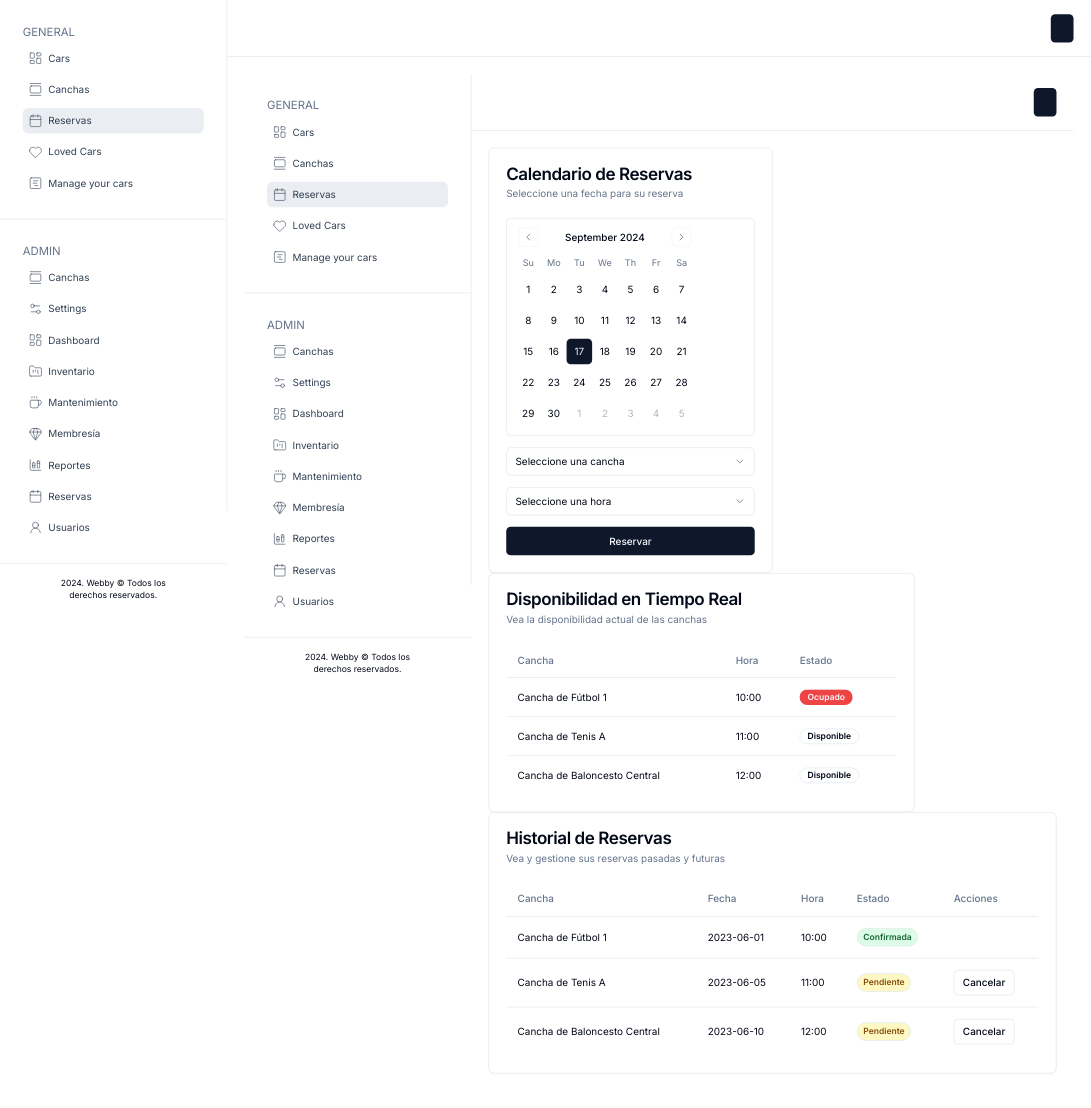
Repository: Jackson-sch/cdeporte
Page: /reservas
These files come from the project's save history. The page is drawn as it stood at one moment and after the next save; the edit follows.
The browser window is 1280 px wide. The page is 1536 px wide, so the pictures cover 1536 px, including what lies to the right of the window. The pictures show the whole page, at 71% of full size.
The project was rebuilt for these pictures with package versions that can differ from the ones it lists, and the page was loaded fresh each time. The framework's server and built-in components were replaced by stand-ins that run in the browser. Also part of the build but not shown: next.config.mjs, src/components/ui/label.jsx, src/components/ui/input.jsx, src/components/Reservas/HistorialReserva.jsx.

Above is the page before, as saved 2024-09-17 20:00:11.

### src/app/layout.jsx
import { Inter } from "next/font/google";
import "./globals.css";
import { Toaster } from "@/components/ui/toaster";

const inter = Inter({ subsets: ["latin"] });

export const metadata = {
  title: "Create Next App",
  description: "Generated by create next app",
};

export default function RootLayout({ children }) {
  return (
    <html lang="en">
      <body className={inter.className}>
        {children}
        <Toaster />
        </body>
    </html>
  );
}

### src/app/(routes)/layout.jsx
import { NavbarDashboard } from "@/components/NavbarDashboard/NavbarDashboard";
import { Sidebar } from "@/components/Sidebar/Sidebar";




export default function LayoutDashboard({ children }) {
  return (
    <div className="flex w-full h-full">
      <div className="hidden h-full xl:block w-80 xl:fixed">
        <Sidebar />
      </div>
      <div className="w-full h-full xl:ml-80">
        <NavbarDashboard />
        <div className="p-6 h-max container">{children}</div>
      </div>
    </div>
  );
}

### src/app/(routes)/(cliente)/layout.jsx
import { NavbarDashboard } from "@/components/NavbarDashboard/NavbarDashboard";
import { Sidebar } from "@/components/Sidebar/Sidebar";




export default function LayoutDashboard({ children }) {
  return (
    <div className="flex w-full h-full">
      <div className="hidden h-full xl:block w-80 xl:fixed">
        <Sidebar />
      </div>
      <div className="w-full h-full xl:ml-80">
        <NavbarDashboard />
        <div className="p-6 h-max">{children}</div>
      </div>
    </div>
  );
}

### src/components/ui/toaster.jsx
"use client"

import {
  Toast,
  ToastClose,
  ToastDescription,
  ToastProvider,
  ToastTitle,
  ToastViewport,
} from "@/components/ui/toast"
import { useToast } from "@/components/ui/use-toast"

export function Toaster() {
  const { toasts } = useToast()

  return (
    (<ToastProvider>
      {toasts.map(function ({ id, title, description, action, ...props }) {
        return (
          (<Toast key={id} {...props}>
            <div className="grid gap-1">
              {title && <ToastTitle>{title}</ToastTitle>}
              {description && (
                <ToastDescription>{description}</ToastDescription>
              )}
            </div>
            {action}
            <ToastClose />
          </Toast>)
        );
      })}
      <ToastViewport />
    </ToastProvider>)
  );
}

### src/components/NavbarDashboard/NavbarDashboard.jsx
import { Sheet, SheetContent, SheetTrigger } from "@/components/ui/sheet";
import {Button } from "@/components/ui/button";
import { Menu } from "lucide-react";
import { SidebarRoutes } from "../SidebarRoutes/SidebarRoutes";



export function NavbarDashboard() {
  return (
    <nav className="flex items-center justify-between w-full h-20 px-2 border-b gap-x-4 md:px-6 bg-background">
      <div className="block xl:hidden">
        <Sheet>
          <SheetTrigger className="flex items-center">
            <Menu />
          </SheetTrigger>
          <SheetContent side="left">
            <SidebarRoutes />
          </SheetContent>
        </Sheet>
      </div>
      <div className="flex items-center justify-end w-full gap-x-2">
        <Button />
      </div>
    </nav>
  );
}

### src/components/Sidebar/Sidebar.jsx
import { SidebarRoutes } from "../SidebarRoutes/SidebarRoutes";


export function Sidebar() {
  return (
    <div className="h-screen">
      <div className="flex flex-col h-full border-r">
        <SidebarRoutes />
      </div>
    </div>
  );
}

### src/components/ui/card.jsx
import * as React from "react"

import { cn } from "@/lib/utils"

const Card = React.forwardRef(({ className, ...props }, ref) => (
  <div
    ref={ref}
    className={cn("rounded-lg border bg-card text-card-foreground shadow-sm", className)}
    {...props} />
))
Card.displayName = "Card"

const CardHeader = React.forwardRef(({ className, ...props }, ref) => (
  <div
    ref={ref}
    className={cn("flex flex-col space-y-1.5 p-6", className)}
    {...props} />
))
CardHeader.displayName = "CardHeader"

const CardTitle = React.forwardRef(({ className, ...props }, ref) => (
  <h3
    ref={ref}
    className={cn("text-2xl font-semibold leading-none tracking-tight", className)}
    {...props} />
))
CardTitle.displayName = "CardTitle"

const CardDescription = React.forwardRef(({ className, ...props }, ref) => (
  <p
    ref={ref}
    className={cn("text-sm text-muted-foreground", className)}
    {...props} />
))
CardDescription.displayName = "CardDescription"

const CardContent = React.forwardRef(({ className, ...props }, ref) => (
  <div ref={ref} className={cn("p-6 pt-0", className)} {...props} />
))
CardContent.displayName = "CardContent"

const CardFooter = React.forwardRef(({ className, ...props }, ref) => (
  <div
    ref={ref}
    className={cn("flex items-center p-6 pt-0", className)}
    {...props} />
))
CardFooter.displayName = "CardFooter"

export { Card, CardHeader, CardFooter, CardTitle, CardDescription, CardContent }

### src/components/ui/button.jsx
import * as React from "react"
import { Slot } from "@radix-ui/react-slot"
import { cva } from "class-variance-authority";

import { cn } from "@/lib/utils"

const buttonVariants = cva(
  "inline-flex items-center justify-center whitespace-nowrap rounded-md text-sm font-medium ring-offset-background transition-colors focus-visible:outline-none focus-visible:ring-2 focus-visible:ring-ring focus-visible:ring-offset-2 disabled:pointer-events-none disabled:opacity-50",
  {
    variants: {
      variant: {
        default: "bg-primary text-primary-foreground hover:bg-primary/90",
        destructive:
          "bg-destructive text-destructive-foreground hover:bg-destructive/90",
        outline:
          "border border-input bg-background hover:bg-accent hover:text-accent-foreground",
        secondary:
          "bg-secondary text-secondary-foreground hover:bg-secondary/80",
        ghost: "hover:bg-accent hover:text-accent-foreground",
        link: "text-primary underline-offset-4 hover:underline",
      },
      size: {
        default: "h-10 px-4 py-2",
        sm: "h-9 rounded-md px-3",
        lg: "h-11 rounded-md px-8",
        icon: "h-10 w-10",
      },
    },
    defaultVariants: {
      variant: "default",
      size: "default",
    },
  }
)

const Button = React.forwardRef(({ className, variant, size, asChild = false, ...props }, ref) => {
  const Comp = asChild ? Slot : "button"
  return (
    (<Comp
      className={cn(buttonVariants({ variant, size, className }))}
      ref={ref}
      {...props} />)
  );
})
Button.displayName = "Button"

export { Button, buttonVariants }

### src/components/Reservas/RealTimeAvailability.jsx
'use client'
import React, { useState, useEffect } from 'react'
import { Card, CardHeader, CardTitle, CardDescription, CardContent } from "@/components/ui/card"
import { Table, TableBody, TableCell, TableHead, TableHeader, TableRow } from "@/components/ui/table"
import { Badge } from "@/components/ui/badge"

export default function RealTimeAvailability() {
  const [availability, setAvailability] = useState([])

  useEffect(() => {
    // Simulación de actualización en tiempo real
    const interval = setInterval(() => {
      const newAvailability = [
        { id: 1, court: "Cancha de Fútbol 1", time: "10:00", status: Math.random() > 0.5 ? "Disponible" : "Ocupado" },
        { id: 2, court: "Cancha de Tenis A", time: "11:00", status: Math.random() > 0.5 ? "Disponible" : "Ocupado" },
        { id: 3, court: "Cancha de Baloncesto Central", time: "12:00", status: Math.random() > 0.5 ? "Disponible" : "Ocupado" },
      ]
      setAvailability(newAvailability)
    }, 5000) // Actualiza cada 5 segundos

    return () => clearInterval(interval)
  }, [])

  return (
    <Card className="w-[600px]">
      <CardHeader>
        <CardTitle>Disponibilidad en Tiempo Real</CardTitle>
        <CardDescription>Vea la disponibilidad actual de las canchas</CardDescription>
      </CardHeader>
      <CardContent>
        <Table>
          <TableHeader>
            <TableRow>
              <TableHead>Cancha</TableHead>
              <TableHead>Hora</TableHead>
              <TableHead>Estado</TableHead>
            </TableRow>
          </TableHeader>
          <TableBody>
            {availability.map((item) => (
              <TableRow key={item.id}>
                <TableCell>{item.court}</TableCell>
                <TableCell>{item.time}</TableCell>
                <TableCell>
                  <Badge variant={item.status === "Disponible" ? "success" : "destructive"}>
                    {item.status}
                  </Badge>
                </TableCell>
              </TableRow>
            ))}
          </TableBody>
        </Table>
      </CardContent>
    </Card>
  )
}

### src/components/Reservas/ReservationHistory.jsx
"0use client";
import React, { useState } from "react";
import {
  Card,
  CardHeader,
  CardTitle,
  CardDescription,
  CardContent,
} from "@/components/ui/card";
import {
  Table,
  TableBody,
  TableCell,
  TableHead,
  TableHeader,
  TableRow,
} from "@/components/ui/table";
import { Button } from "@/components/ui/button";
import {
  Dialog,
  DialogTrigger,
  DialogContent,
  DialogHeader,
  DialogTitle,
  DialogDescription,
  DialogFooter,
} from "@/components/ui/dialog";
import { Badge } from "../ui/badge";

export default function ReservationHistory() {
  const [reservations, setReservations] = useState([
    {
      id: 1,
      court: "Cancha de Fútbol 1",
      date: "2023-06-01",
      time: "10:00",
      status: "Confirmada",
    },
    {
      id: 2,
      court: "Cancha de Tenis A",
      date: "2023-06-05",
      time: "11:00",
      status: "Pendiente",
    },
    {
      id: 3,
      court: "Cancha de Baloncesto Central",
      date: "2023-06-10",
      time: "12:00",
      status: "Pendiente",
    },
  ]);

  const [selectedReservation, setSelectedReservation] = useState(null);
  const [isDialogOpen, setIsDialogOpen] = useState(false);

  const handleCancel = (id) => {
    setReservations(
      reservations.map((res) =>
        res.id === id ? { ...res, status: "Cancelada" } : res
      )
    );
    setIsDialogOpen(false);
  };

  return (
    <Card className="w-[800px]">
      <CardHeader>
        <CardTitle>Historial de Reservas</CardTitle>
        <CardDescription>
          Vea y gestione sus reservas pasadas y futuras
        </CardDescription>
      </CardHeader>
      <CardContent>
        <Table>
          <TableHeader>
            <TableRow>
              <TableHead>Cancha</TableHead>
              <TableHead>Fecha</TableHead>
              <TableHead>Hora</TableHead>
              <TableHead>Estado</TableHead>
              <TableHead>Acciones</TableHead>
            </TableRow>
          </TableHeader>
          <TableBody>
            {reservations.map((reservation) => (
              <TableRow key={reservation.id}>
                <TableCell>{reservation.court}</TableCell>
                <TableCell>{reservation.date}</TableCell>
                <TableCell>{reservation.time}</TableCell>
                <TableCell>
                  <Badge variant="outline"
                    className={`px-2 inline-flex text-xs leading-5 font-semibold rounded-full
                    ${
                      reservation.status === "Confirmada"
                        ? "bg-green-100 text-green-800"
                        : reservation.status === "Cancelada"
                        ? "bg-red-100 text-red-800"
                        : "bg-yellow-100 text-yellow-800"
                    }`}
                  >
                    {reservation.status}
                  </Badge>

                </TableCell>
                <TableCell>
                  {reservation.status === "Pendiente" && (
                    <Dialog open={isDialogOpen} onOpenChange={setIsDialogOpen}>
                      <DialogTrigger asChild>
                        <Button
                          variant="outline"
                          size="sm"
                          onClick={() => setSelectedReservation(reservation)}
                        >
                          Cancelar
                        </Button>
                      </DialogTrigger>
                      <DialogContent>
                        <DialogHeader>
                          <DialogTitle>Confirmar Cancelación</DialogTitle>
                          <DialogDescription>
                            ¿Está seguro que desea cancelar esta reserva?
                          </DialogDescription>
                        </DialogHeader>
                        <DialogFooter>
                          <Button
                            variant="outline"
                            onClick={() => setIsDialogOpen(false)}
                          >
                            No, mantener reserva
                          </Button>
                          <Button
                            variant="destructive"
                            onClick={() => handleCancel(selectedReservation.id)}
                          >
                            Sí, cancelar reserva
                          </Button>
                        </DialogFooter>
                      </DialogContent>
                    </Dialog>
                  )}
                </TableCell>
              </TableRow>
            ))}
          </TableBody>
        </Table>
      </CardContent>
    </Card>
  );
}

### src/components/SidebarRoutes/SidebarRoutes.jsx
"use client";

import { Separator } from "@/components/ui/separator";
import { dataAdminSidebar, dataGeneralSidebar } from "./SidebarRoute.data";
import { SidebarItem } from "./SidebarItem/SidebarItem";



export function SidebarRoutes() {

  return (
    <div className="flex flex-col justify-between h-full">
      <div>
        <div className="p-4 md:p-8">
          <p className="mb-2 text-slate-500">GENERAL</p>
          {dataGeneralSidebar.map((item) => (
            <SidebarItem key={item.label} item={item} />
          ))}
        </div>

        <Separator />

          <div className="p-4 md:p-8">
            <p className="mb-2 text-slate-500">ADMIN</p>
            {dataAdminSidebar.map((item) => (
              <SidebarItem key={item.label} item={item} />
            ))}
          </div>
      </div>

      <div>
        <Separator />

        <footer className="px-6 py-2 mt-3 text-center text-xs text-pretty">
          2024. Webby © Todos los derechos reservados.
        </footer>
      </div>
    </div>
  );
}

### src/components/ui/table.jsx
import * as React from "react"

import { cn } from "@/lib/utils"

const Table = React.forwardRef(({ className, ...props }, ref) => (
  <div className="relative w-full overflow-auto">
    <table
      ref={ref}
      className={cn("w-full caption-bottom text-sm", className)}
      {...props} />
  </div>
))
Table.displayName = "Table"

const TableHeader = React.forwardRef(({ className, ...props }, ref) => (
  <thead ref={ref} className={cn("[&_tr]:border-b", className)} {...props} />
))
TableHeader.displayName = "TableHeader"

const TableBody = React.forwardRef(({ className, ...props }, ref) => (
  <tbody
    ref={ref}
    className={cn("[&_tr:last-child]:border-0", className)}
    {...props} />
))
TableBody.displayName = "TableBody"

const TableFooter = React.forwardRef(({ className, ...props }, ref) => (
  <tfoot
    ref={ref}
    className={cn("border-t bg-muted/50 font-medium [&>tr]:last:border-b-0", className)}
    {...props} />
))
TableFooter.displayName = "TableFooter"

const TableRow = React.forwardRef(({ className, ...props }, ref) => (
  <tr
    ref={ref}
    className={cn(
      "border-b transition-colors hover:bg-muted/50 data-[state=selected]:bg-muted",
      className
    )}
    {...props} />
))
TableRow.displayName = "TableRow"

const TableHead = React.forwardRef(({ className, ...props }, ref) => (
  <th
    ref={ref}
    className={cn(
      "h-12 px-4 text-left align-middle font-medium text-muted-foreground [&:has([role=checkbox])]:pr-0",
      className
    )}
    {...props} />
))
TableHead.displayName = "TableHead"

const TableCell = React.forwardRef(({ className, ...props }, ref) => (
  <td
    ref={ref}
    className={cn("p-4 align-middle [&:has([role=checkbox])]:pr-0", className)}
    {...props} />
))
TableCell.displayName = "TableCell"

const TableCaption = React.forwardRef(({ className, ...props }, ref) => (
  <caption
    ref={ref}
    className={cn("mt-4 text-sm text-muted-foreground", className)}
    {...props} />
))
TableCaption.displayName = "TableCaption"

export {
  Table,
  TableHeader,
  TableBody,
  TableFooter,
  TableHead,
  TableRow,
  TableCell,
  TableCaption,
}

### src/components/ui/badge.jsx
import * as React from "react"
import { cva } from "class-variance-authority";

import { cn } from "@/lib/utils"

const badgeVariants = cva(
  "inline-flex items-center rounded-full border px-2.5 py-0.5 text-xs font-semibold transition-colors focus:outline-none focus:ring-2 focus:ring-ring focus:ring-offset-2",
  {
    variants: {
      variant: {
        default:
          "border-transparent bg-primary text-primary-foreground hover:bg-primary/80",
        secondary:
          "border-transparent bg-secondary text-secondary-foreground hover:bg-secondary/80",
        destructive:
          "border-transparent bg-destructive text-destructive-foreground hover:bg-destructive/80",
        outline: "text-foreground",
      },
    },
    defaultVariants: {
      variant: "default",
    },
  }
)

function Badge({
  className,
  variant,
  ...props
}) {
  return (<div className={cn(badgeVariants({ variant }), className)} {...props} />);
}

export { Badge, badgeVariants }

### src/components/SidebarRoutes/SidebarRoute.data.jsx
import {
  Calendar,
  Car,
  ChartColumnStacked,
  Coffee,
  FolderKanban,
  GalleryVertical,
  Gem,
  Heart,
  LayoutDashboard,
  Settings2,
  SquareGanttChart,
  User2,
} from "lucide-react";

export const dataGeneralSidebar = [
  {
    icon: LayoutDashboard,
    label: "Cars",
    href: "/dashboard",
  },
  {
    icon: GalleryVertical,
    label: "Canchas",
    href: "/canchas",
  },
  {
    icon: Calendar,
    label: "Reservas",
    href: "/reservas",
  },
  {
    icon: Heart,
    label: "Loved Cars",
    href: "/loved-cars",
  },
  {
    icon: SquareGanttChart,
    label: "Manage your cars",
    href: "/canchitas",
  },
];

export const dataAdminSidebar = [
  {
    icon: GalleryVertical,
    label: "Canchas",
    href: "/admin/canchas",
  },
  {
    icon: Settings2,
    label: "Settings",
    href: "/admin/configuracion",
  },
  {
    icon: LayoutDashboard,
    label: "Dashboard",
    href: "/admin/dashboard",
  },
  {
    icon: FolderKanban,
    label: "Inventario",
    href: "/admin/inventario",
  },
  {
    icon: Coffee,
    label: "Mantenimiento",
    href: "/admin/mantenimiento",
  },
  {
    icon: Gem,
    label: "Membresía",
    href: "/admin/membresia",
  },
  {
    icon: ChartColumnStacked,
    label: "Reportes",
    href: "/admin/reportes",
  },
  {
    icon: Calendar,
    label: "Reservas",
    href: "/admin/reservas",
  },
  {
    icon: User2,
    label: "Usuarios",
    href: "/admin/usuarios",
  },
];

### src/components/SidebarRoutes/SidebarItem/SidebarItem.jsx
import Link from "next/link";
import { cn } from "@/lib/utils";
import { usePathname } from "next/navigation";

export function SidebarItem({item}) {
  const { href, icon: Icon, label } = item;

  const pathname = usePathname();

  const activePath = pathname === href;

  return (
    <Link
      href={href}
      className={cn(
        `flex gap-x-2 mt-2 text-slate-700 text-sm items-center hover:bg-slate-300/20 p-2 rounded-lg cursor-pointer`,
        activePath && "bg-slate-400/20"
      )}
    >
      <Icon className="h-5 w-5" strokeWidth={1} />
      {label}
    </Link>
  );
}

Loaded but not shown: src/app/globals.css (common file); src/lib/utils.js (common file); src/components/ui/separator.jsx (common file); tailwind.config.js (common file); src/components/ui/use-toast.js (155 lines, source omitted); src/components/ui/select.jsx (122 lines, source omitted); src/app/(routes)/(cliente)/reservas/page.jsx (111 lines, source omitted); src/components/ui/toast.jsx (83 lines, source omitted); src/components/ui/sheet.jsx (109 lines, source omitted); src/components/ui/dialog.jsx (96 lines, source omitted); src/components/ui/calendar.jsx (62 lines, source omitted)

After the next save:
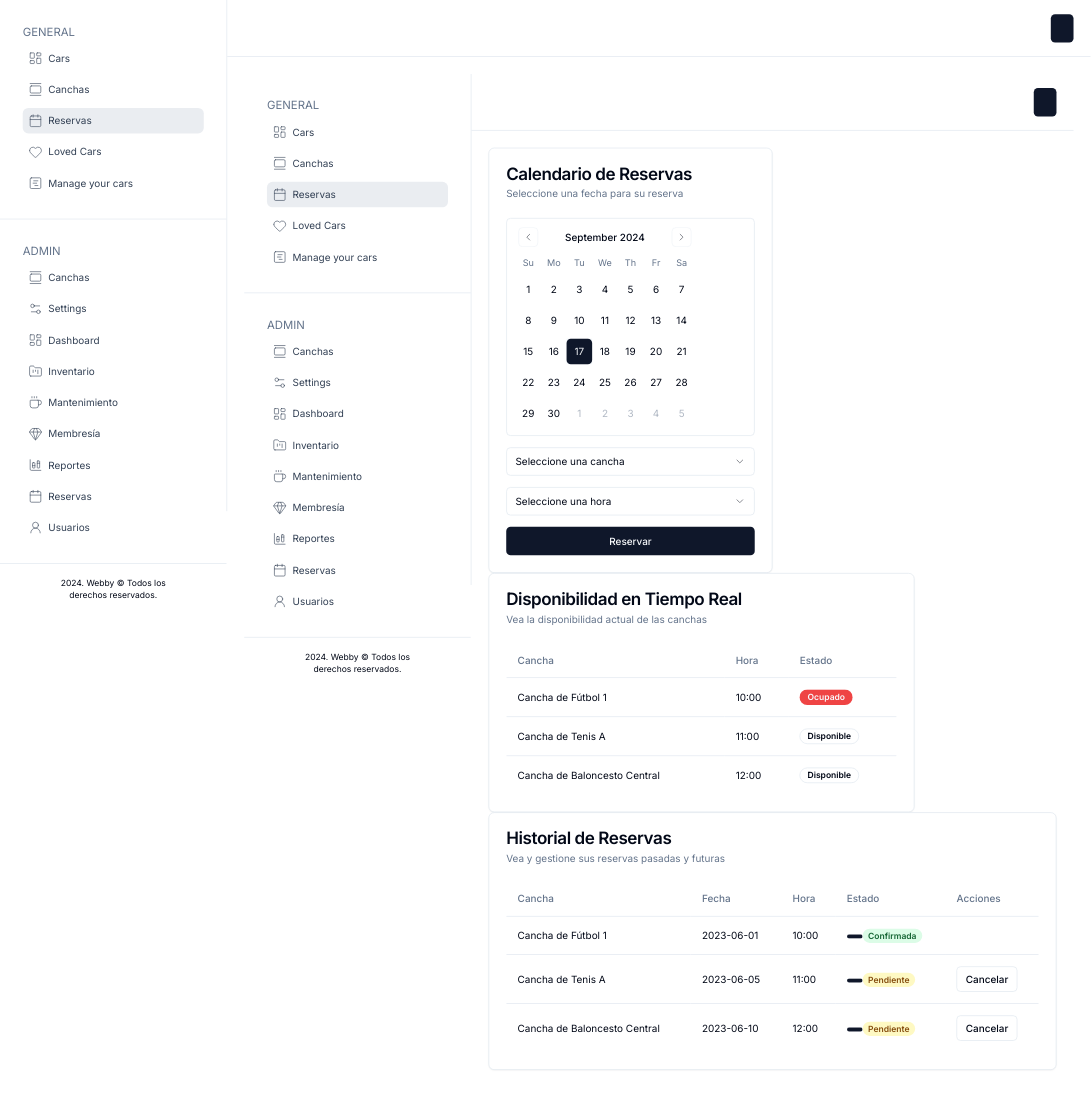
Saved 14 s later.
--- a/src/components/Reservas/ReservationHistory.jsx
+++ b/src/components/Reservas/ReservationHistory.jsx
@@ -90,7 +90,10 @@ export default function ReservationHistory() {
                 <TableCell>{reservation.date}</TableCell>
                 <TableCell>{reservation.time}</TableCell>
                 <TableCell>
-                  <Badge variant="outline"
+                  <Badge>
+
+                  </Badge>
+                  <span
                     className={`px-2 inline-flex text-xs leading-5 font-semibold rounded-full
                     ${
                       reservation.status === "Confirmada"
@@ -101,8 +104,7 @@ export default function ReservationHistory() {
                     }`}
                   >
                     {reservation.status}
-                  </Badge>
-
+                  </span>
                 </TableCell>
                 <TableCell>
                   {reservation.status === "Pendiente" && (
